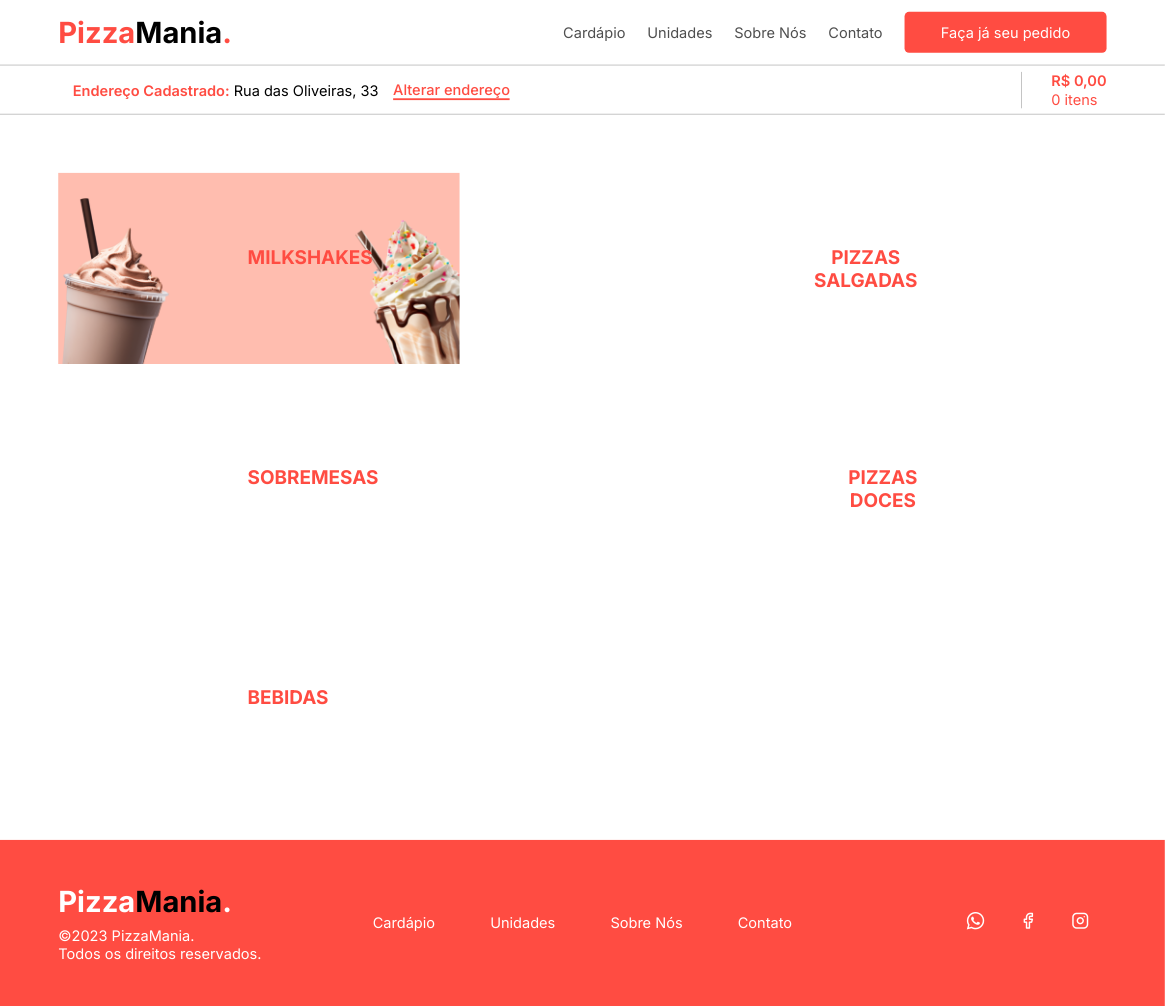
Repository: lucas-albuq/PizzaMania
Page: assets/pages/cardapio.html
These files come from the project's save history. The page is drawn as it stood at one moment and after a run of saves; the edit follows.
The browser window is 1280 px wide. The pictures show the whole page, at 91% of full size.
Some icons come from a web library that is not loaded, so they are not drawn. Some web libraries are served in a nearby version.

Above is the page before, as saved 2024-01-04 20:52:43.

### assets/pages/cardapio.html
<!DOCTYPE html>
<html lang="en">
<head>
    <meta charset="UTF-8">
    <meta name="viewport" content="width=device-width, initial-scale=1.0">
    <title>PizzaMania. - Cardápio</title>
    <link rel='stylesheet' href='https://cdn-uicons.flaticon.com/2.0.0/uicons-regular-rounded/css/uicons-regular-rounded.css'>
    <link rel="stylesheet" href="/assets/fonts/style.css">
    <link rel="stylesheet" href="/assets/css/pizzamania.css">
</head>
<body>
    <div id="header"></div>
    <main>
        <div class="categorias-cardapio">
            <div class="milkshakes">
                <h2>Milkshakes</h2>
            </div>
            <div class="pizzas-salgadas">
                <h2>Pizzas <br>Salgadas</h2>
            </div>
            <div class="sobremesas">
                <h2>Sobremesas</h2>
            </div>
            <div class="pizzas-doces">
                <h2>Pizzas <br>Doces</h2>
            </div>
            <div class="bebidas">
                <h2>Bebidas</h2>
            </div>
        </div>
    </main>
    <div id="footer"></div>
    <script src="https://ajax.googleapis.com/ajax/libs/jquery/3.1.0/jquery.min.js"></script>
    <script src="../../main.js"></script>
</body>
</html>

### assets/fonts/style.css
@font-face {
  font-family: 'icomoon';
  src:  url('fonts/icomoon.eot?r532as');
  src:  url('fonts/icomoon.eot?r532as#iefix') format('embedded-opentype'),
    url('fonts/icomoon.ttf?r532as') format('truetype'),
    url('fonts/icomoon.woff?r532as') format('woff'),
    url('fonts/icomoon.svg?r532as#icomoon') format('svg');
  font-weight: normal;
  font-style: normal;
  font-display: block;
}

[class^="icon-"], [class*=" icon-"] {
  /* use !important to prevent issues with browser extensions that change fonts */
  font-family: 'icomoon' !important;
  speak: never;
  font-style: normal;
  font-weight: normal;
  font-variant: normal;
  text-transform: none;
  line-height: 1;

  /* Better Font Rendering =========== */
  -webkit-font-smoothing: antialiased;
  -moz-osx-font-smoothing: grayscale;
}

.icon-delivery:before {
  content: "\e909";
}
.icon-pizza:before {
  content: "\e90a";
}
.icon-fatia:before {
  content: "\e90b";
}
.icon-whatsapp:before {
  content: "\e900";
}
.icon-brand:before {
  content: "\e900";
}
.icon-social:before {
  content: "\e900";
}
.icon-facebook:before {
  content: "\e902";
}
.icon-instagram:before {
  content: "\e903";
}
.icon-mail:before {
  content: "\e904";
}
.icon-map-pin:before {
  content: "\e905";
}
.icon-menu:before {
  content: "\e901";
}
.icon-phone:before {
  content: "\e906";
}
.icon-x:before {
  content: "\e907";
}
.icon-youtube:before {
  content: "\e908";
}

### assets/css/pizzamania.css
@import url('https://fonts.googleapis.com/css2?family=Inter:wght@100;200;300;400;500;600;700;800;900&display=swap');

:root {
  --base-hue: 3;
  --primary-color: hsl(var(--base-hue), 100%, 63%);
  --secondary-color: hsl(var(--base-hue), 0%, 0%);
  --text-color: hsl(var(--base-hue), 0%, 31%);
  --text-hover-color: hsl(var(--base-hue), 0%, 51%);
  --background-color: hsl(var(--base-hue), 0%, 100%);
  --button-background: hsl(var(--base-hue), 100%, 63%);
  --button-hover-background: hsl(var(--base-hue), 67%, 47%);
  --divider-color: hsl(var(--base-hue), 0%, 75%);
  --shadow-color:rgba(0, 0, 0, 0.25);
  --box-shadow: 0px 2px 8px 0px rgba(0, 0, 0, 0.25);
}

* {
  padding: 0;
  margin: 0;
  scroll-behavior: smooth;
  font-family: 'Inter', sans-serif;
  box-sizing: border-box;
}

header {
  display: flex;
  flex-direction: column;
  align-items: center;
}

main{
  max-width: 80em;
  width: 90%;
  margin: 4em auto;
  display: flex;
  flex-direction: column;
  gap: 4em;
}

section{
  display: flex;
  flex-direction: column;
  gap: 2em;
}

h2{
  font-size: 1.3em;
  color: var(--primary-color);
  text-transform: uppercase;
}

h3{
  font-size: 1.2em;
}

.header1, .header2 {
  display: flex;
  max-width: 80em;
  width: 90%;
  justify-content: space-between;
  align-items: center;
}

.header1 {
  padding: .8em 0;
}

.header2 {
  padding: .4em 0;
}

.header1 h1 a {
  color: var(--primary-color);
  font-size: 2rem;
}

.header1 h1 span {
  color: var(--secondary-color);
}

.header1_menus {
  display: flex;
  gap: 1.5em;
}

.header1 nav {
  display: flex;
  align-items: center;
}

.header1 ul {
  display: flex;
  list-style-type: none;
  align-items: center;
  justify-content: center;
  gap: 1.5em;
  align-items: center;
}

.header1 a {
  text-decoration: none;
  color: var(--text-color);
  font-size: 1rem;
  transition: color .2s;
}

.header1 nav a:hover {
  color: var(--text-hover-color);
}

.header1 button {
  padding: .8em 2.5em;
  border-radius: 5px;
  line-height: initial;
  align-self: center;
  background-color: var(--button-background);
  border: none;
  color: #FFF;
  font-size: 1rem;
  cursor: pointer;
  transition: background .2s;
}

.header1 button:hover {
  background-color: var(--button-hover-background);
}

.divider {
  border-bottom: 1px solid var(--divider-color);
  width: 100%;
}

.header2 .endereco, .header2 .carrinho {
  display: flex;
  gap: 1em;
  align-items: center;
}

.header2 .carrinho {
  border-left: 1px solid var(--divider-color);
  padding-left: 1em;
  cursor: pointer;
}

.header2 .fi, .header2 span, .carrinho p {
  color: var(--primary-color);
  transition: color .2s;
}

.header2 .endereco button {
  background: none;
  border: none;
  font-size: 1rem;
  color: var(--primary-color);
  font-weight: 500;
  border-bottom: 2px solid var(--primary-color);
  cursor: pointer;
  transition: color .2s;
}

.header2 .endereco button:hover {
  color: var(--button-hover-background);
  border-color: var(--button-hover-background);
}

.header2 .carrinho:hover .valor p, .carrinho:hover .fi {
  color: var(--button-hover-background);
}

.header2 span, .carrinho p:first-child {
  font-weight: 600;
}

footer{
  background-color: var(--primary-color);
}
footer .footer{
  display: flex;
  max-width: 80em;
  width: 90%;
  margin: 0 auto;
  justify-content: space-between;
  align-items: center;
  padding: 3em 0;
}
.footer .footer-menu{
  width: 40%;
}
.footer .footer-menu ul{
  display: flex;
  list-style-type: none;
  justify-content: space-between;
}
.footer .footer-menu a{
  color: var(--background-color);
  text-decoration: none;
  transition: color .2s
}
.footer-menu a:hover{
  color: var(--divider-color)
}
.footer-logo-copy, .footer-social-medias{
  width: 20%;
}
.footer-social-medias{
  display: flex;
  justify-content: end;
  align-items: center;
}
.footer-social-medias a{
  text-decoration: none;
}
.footer-social-medias div {
  color: var(--background-color);
  font-size: 1.2rem;
  padding: 1em;
  transition: all .5s ease;
}

.footer-social-medias div:hover {
  transform: translateY(-5px);
}
.footer-social-medias div::after{
  content: "";
  display: block;
  width: 0;
  height: 3px;
  margin-top: 3px;
  border-radius: 5px;
  background: var(--background-color);
  transition: all .2s ease;
}
.footer-social-medias div:hover::after{
  width: 100%;
}
.footer-logo-copy{
  display: flex;
  flex-direction: column;
  gap: .5em;
  color: var(--background-color)
}
.footer-logo-copy a{
  color: var(--background-color);
  text-decoration: none;
}
.footer-logo-copy a span{
  color: var(--secondary-color);
}
.servicos > div{
  display: flex;
  justify-content: space-between;
}
.servicos > div > div{
  box-shadow: var(--box-shadow);
  display: flex;
  flex-direction: column;
  align-items: center;
  justify-content: center;
  padding: 2.5em;
  width: 30%;
  gap: 1.5em;
  border-radius: 20px;
  border-bottom: var(--primary-color) solid 8px;
}

.servicos img{
  height: 3.5em;
}

.servicos p{
  text-align: center;
}

.carrossel .swiper {
  width: 100%;
  aspect-ratio: 16/6;
  border-radius: 20px;
}
.carrossel .swiper img{
  width: 100%;
  aspect-ratio: 16/6;
  filter: brightness(75%);
}
.swiper-pagination-bullet{
  padding: 3px;
}
.swiper-pagination-bullet-active{
  background: var(--primary-color);
}
.swiper-button-next, .swiper-button-prev{
  color: #FFF
}
.promocoes .swiper-slide, .assessments .swiper-slide{
  padding: 1em .2em;
}
.promocoes .card{
  display: flex;
  flex-direction: column;
  padding: 2em;
  gap: 2em;
  box-shadow: var(--box-shadow);
  border-radius: 20px;
}
.promocoes .card-top, .promocoes .card-bottom{
  display: flex;
  justify-content: space-between;
}
.promocoes .card-top-text{
  width: 65%;
  display: flex;
  flex-direction: column;
  gap: 1em;
}
.promocoes .card-top-image{
  width: 35%;
}
.promocoes .card-top-image img{
  width: 100%;
}
.promocoes .card-bottom p span{
  font-weight: bold;
  font-size: 1.2em;
}
.promocoes .card-bottom button{
  border: none;
  background: var(--button-background);
  padding: 0 3em;
  border-radius: 5px;
  color: #FFF;
  font-size: 1rem;
  cursor: pointer;
  transition: background .2s;
}
.promocoes .card-bottom button:hover{
  background: var(--button-hover-background);
}
.swiper-container{
  overflow: hidden;
}
/*Novamente reutilizando código antigo meu (é meu msm)*/
.assessments .assessments__container .swiper-wrapper{
  display: flex;
  flex-wrap: nowrap;
}
.assessments .assessments__container .assessments__assessment blockquote{
  padding: 2em;
  box-shadow: var(--box-shadow);
  border-radius: 20px;
  height: auto;
  width: 100%;
}
.assessments .assessments__container .assessments__assessment p{
  position: relative;
  text-indent: 1.875rem;
  margin-bottom: 1.5rem;
  color: var(--title-color);
}
.assessments .assessments__container .assessments__assessment p span{
  font-size: 4rem;
  font-family: serif;
  font-weight: 700;
  position: absolute;
  color: var(--primary-color);
  top: -1.375rem;
  left: -2.300rem;
}
.assessments .assessments__container .assessments__assessment cite {
  display: flex;
  align-items: center;
  font-style: normal;
  text-transform: capitalize;
}
.assessments .assessments__container .assessments__assessment cite img{
  height: 2rem;
  width: 2rem;
  object-fit: cover;
  clip-path: circle();
  margin-right: 0.5rem;
}
.categorias-cardapio{
  display: flex;
  flex-wrap: wrap;
  gap: 2em;
  justify-content: space-between;
}
.categorias-cardapio > div{
  padding: 5em 13em;
  text-align: center;
}
.categorias-cardapio .milkshakes{
  background-image: url("/assets/images/Milkshakes.png");
  background-size: contain;
  background-repeat: no-repeat;

}

### main.js
document.addEventListener('DOMContentLoaded', function() {
    const header = document.getElementById('header');
    const footer = document.getElementById('footer');

    fetch('/assets/html/header.html')
        .then(response => response.text())
        .then(data => {
            header.innerHTML = data;

            const fazerPedido = document.querySelector(".header1_menus button");
            fazerPedido.addEventListener("click", () => window.open('./assets/pages/cardapio.html', '_self'));
        });

    fetch('/assets/html/footer.html')
        .then(response => response.text())
        .then(data => {
            footer.innerHTML = data;
        });
});

### assets/html/header.html
<header>
        <div class="header1">
            <h1><a href="/index.html">Pizza<span>Mania</span>.</a></h1>
            <div class="header1_menus">
                <nav>
                    <ul>
                        <li><a href="#">Cardápio</a></li>
                        <li><a href="#">Unidades</a></li>
                        <li><a href="#">Sobre Nós</a></li>
                        <li><a href="#">Contato</a></li>
                    </ul>
                </nav>
                <button>
                    Faça já seu pedido
                </button>
            </div>
        </div>
        <div class="divider"></div>
        <div class="header2">
            <div class="endereco">
                <i class="fi fi-rr-home"></i>
                <p><span>Endereço Cadastrado:</span> Rua das Oliveiras, 33</p>
                <button>Alterar endereço</button>
            </div>
            <div class="carrinho">
                <i class="fi fi-rr-shopping-cart"></i>
                <div class="valor">
                    <p>R$ 0,00</p>
                    <p>0 itens</p>
                </div>
            </div>
        </div>
        <div class="divider"></div>
    </header>

### assets/html/footer.html
<footer>
    <div class="footer">
        <div class="footer-logo-copy">
            <h1><a href="/index.html">Pizza<span>Mania</span>.</a></h1>
            <p>
                ©2023 PizzaMania. <br>
                Todos os direitos reservados.
            </p>
        </div>
        <nav class="footer-menu">
            <ul>
                <li><a href="">Cardápio</a></li>
                <li><a href="">Unidades</a></li>
                <li><a href="">Sobre Nós</a></li>
                <li><a href="">Contato</a></li>
            </ul>
        </nav>
        <div class="footer-social-medias">
            <a href="#">
                <div class="icon-whatsapp"></div>
            </a>
            <a href="#">
                <div class="icon-facebook"></div>
            </a>
            <a href="#">
                <div class="icon-instagram"></div>
            </a>
        </div>
    </div>
</footer>

After the next 3 saves:
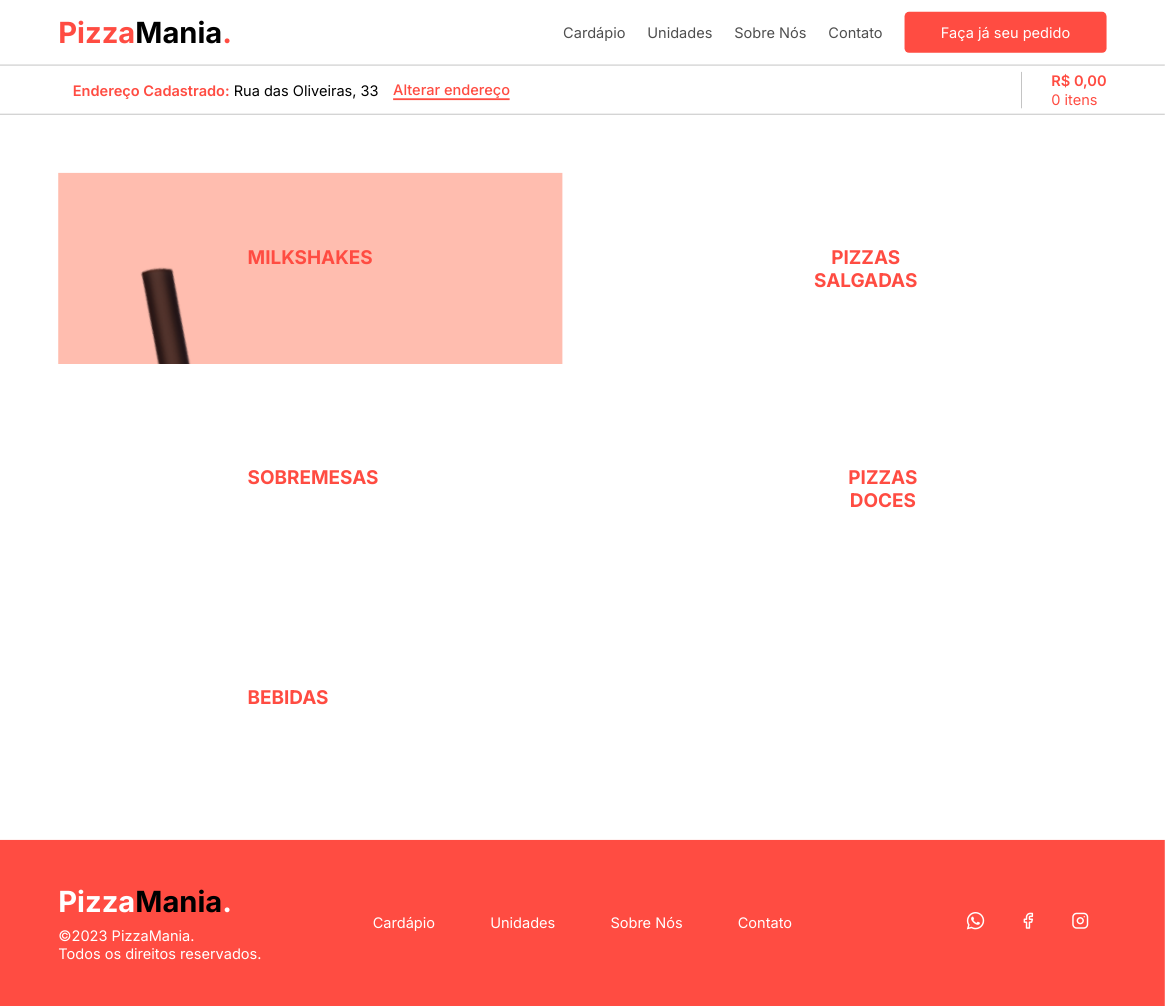
The 3 saves are shown as one change because they came seconds apart.
The last was saved 11 s later.
--- a/assets/css/pizzamania.css
+++ b/assets/css/pizzamania.css
@@ -389,7 +389,7 @@
 }
 .categorias-cardapio .milkshakes{
   background-image: url("/assets/images/Milkshakes.png");
-  background-size: contain;
+  background-size: auto;
   background-repeat: no-repeat;
 
 }

After the save that followed:
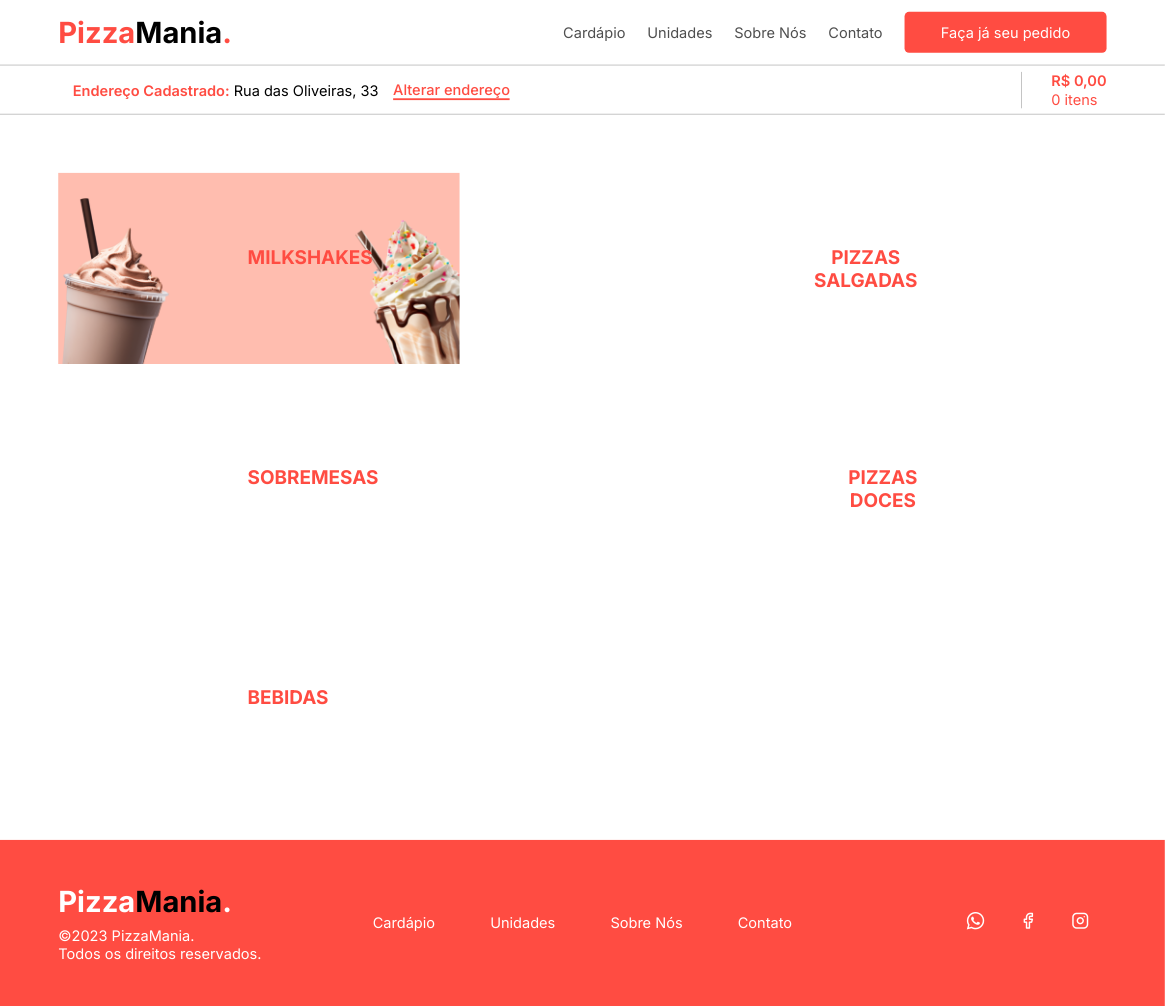
Saved 19 s later.
--- a/assets/css/pizzamania.css
+++ b/assets/css/pizzamania.css
@@ -389,7 +389,7 @@
 }
 .categorias-cardapio .milkshakes{
   background-image: url("/assets/images/Milkshakes.png");
-  background-size: auto;
+  background-size: contain;
   background-repeat: no-repeat;
 
 }
